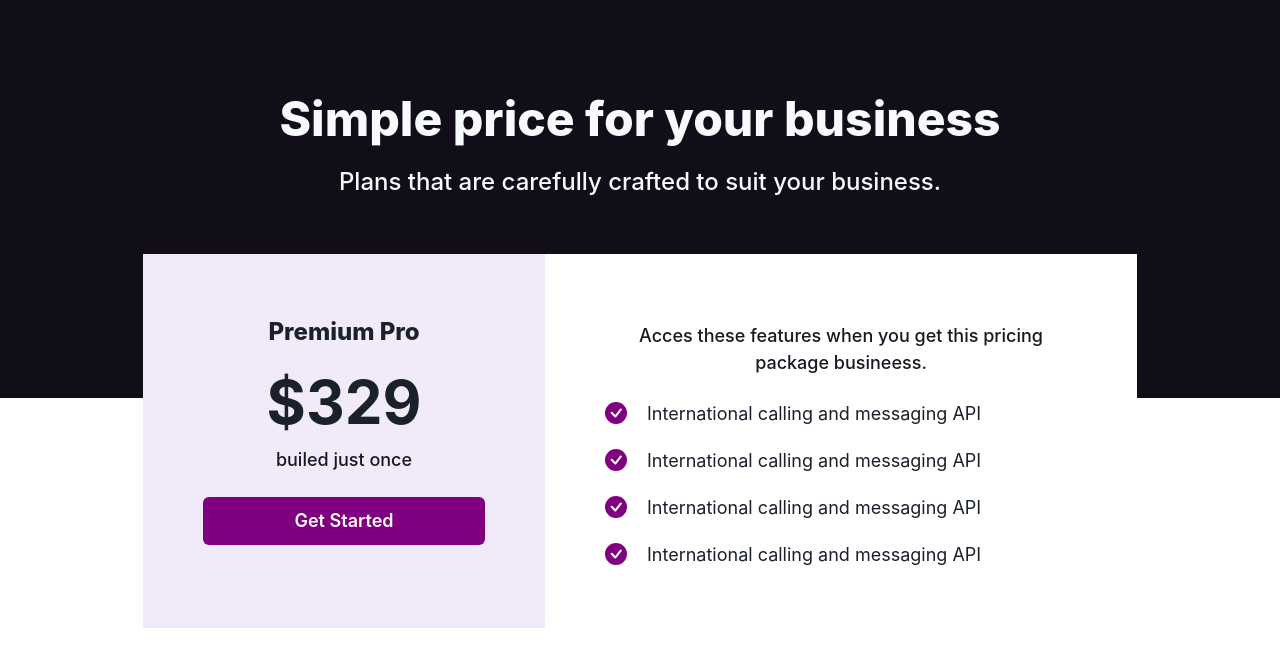
Repository: noutijo/learn-in-depth-chakra-ui
Page: /
The author's editor kept a copy of each file at every save. The page is drawn from the files as they stood at one save, then again after a run of saves.
The browser window is 1280 px wide. The pictures show the whole page.
The project was rebuilt for these pictures with package versions that can differ from the ones it lists, and the page was loaded fresh each time. Also part of the build but not shown: vite.config.ts.

Above is the page before, as saved 2023-01-30 16:14:16.

After the next 2 saves:
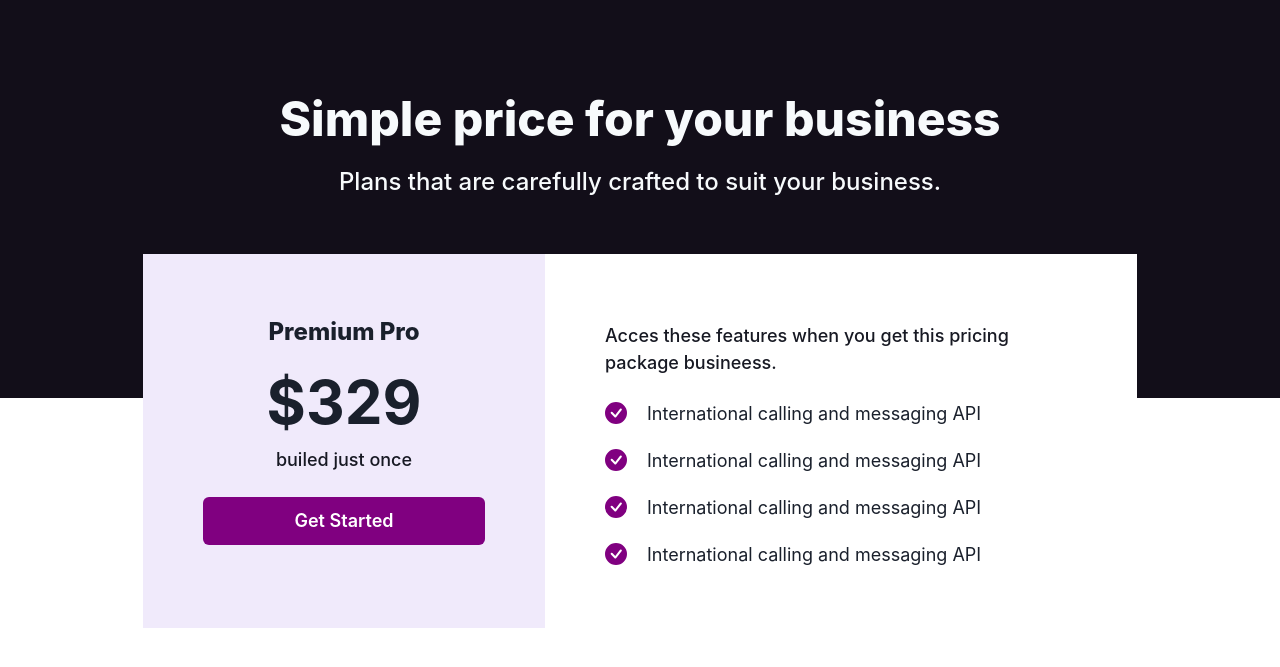
The 2 saves are shown as one change because 1 did not build or start.
The last was saved 82 s later.
--- a/src/components/Pricing.tsx
+++ b/src/components/Pricing.tsx
@@ -38,7 +38,7 @@ export function Pricing() {
         </Box>
 
         <Box p="60px" fontSize="18px">
-            <Text fontSize="18px" fontWeight="500" color="#171923" mt="8px">
+            <Text textAlign={"left"} fontSize="18px" fontWeight="500" color="#171923" mt="8px">
             Acces these features when you get this pricing package busineess.
           </Text>
           <Stack as="ul" spacing="20px" pt="24px">
